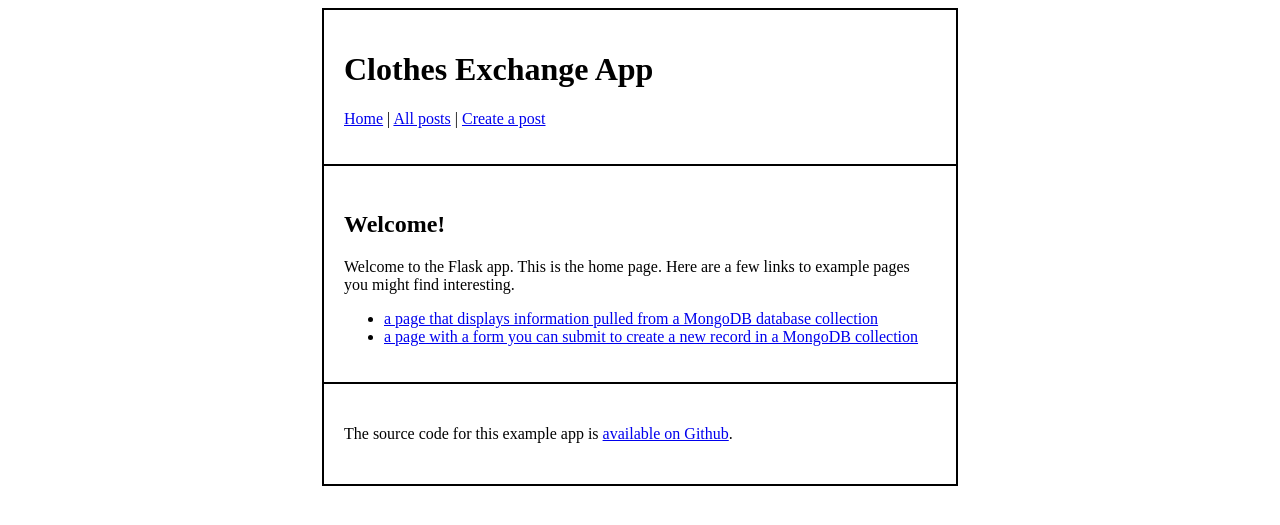
Repository: dbdesign-students-spring2024/7-web-app-dianachen1013
Page: http://localhost/
The author's editor kept a copy of each file at every save. The page is drawn from the files as they stood at one save, then again after the next save.
The browser window is 1280 px wide. The pictures show the whole page.
The page is served by the project's application, run on Flask 3 (app.py).

Above is the page before, as saved 2024-04-15 17:01:45.

### templates/index.html
{% extends 'base.html' %}

{% block container %}
<h2>Welcome!</h2>
<p>Welcome to the Flask app. This is the home page. Here are a few links to example pages you might find interesting.
    <ul>
        <li><a href="{{ url_for('read')}}">a page that displays information pulled from a MongoDB database collection</a></li>
        <li><a href="{{ url_for('create')}}">a page with a form you can submit to create a new record in a MongoDB collection</a></li>
    </ul>
</p>
{% endblock %}

### templates/base.html
<!DOCTYPE html>
<html>
  <head>
    <title>Clothes Exchange App</title>
    <link
      rel="stylesheet"
      href="{{ url_for('static', filename='css/style.css') }}"
    />
  </head>
  <body>
    <div class="container">
      <header>
        <h1>Clothes Exchange App</h1>
        <p>
          <a href="{{ url_for('home')}}">Home</a> |
          <a href="{{ url_for('read')}}">All posts</a> |
          <a href="{{ url_for('create')}}">Create a post</a>
        </p>
      </header>
      <main>{% block container %} {% endblock %}</main>
      <footer>
        <p>
          The source code for this example app is
          <a href="https://github.com/nyu-database-design/flask-mongodb-web-app"
            >available on Github</a
          >.
        </p>
      </footer>
    </div>
  </body>
</html>

### app.py
#!/usr/bin/env python3

import os
import sys
import subprocess
import datetime

from flask import Flask, render_template, request, redirect, url_for, make_response

# import logging
import sentry_sdk
from sentry_sdk.integrations.flask import (
    FlaskIntegration,
)  # delete this if not using sentry.io

# from markupsafe import escape
import pymongo
from pymongo.errors import ConnectionFailure
from bson.objectid import ObjectId
from dotenv import load_dotenv

# load credentials and configuration options from .env file
# if you do not yet have a file named .env, make one based on the template in env.example
load_dotenv(override=True)  # take environment variables from .env.

# initialize Sentry for help debugging... this requires an account on sentrio.io
# you will need to set the SENTRY_DSN environment variable to the value provided by Sentry
# delete this if not using sentry.io
sentry_sdk.init(
    dsn=os.getenv("SENTRY_DSN"),
    # enable_tracing=True,
    # Set traces_sample_rate to 1.0 to capture 100% of transactions for performance monitoring.
    traces_sample_rate=1.0,
    # Set profiles_sample_rate to 1.0 to profile 100% of sampled transactions.
    # We recommend adjusting this value in production.
    profiles_sample_rate=1.0,
    integrations=[FlaskIntegration()],
    send_default_pii=True,
)

# instantiate the app using sentry for debugging
app = Flask(__name__)

# # turn on debugging if in development mode
# app.debug = True if os.getenv("FLASK_ENV", "development") == "development" else False

# try to connect to the database, and quit if it doesn't work
try:
    cxn = pymongo.MongoClient(os.getenv("MONGO_URI"))
    db = cxn[os.getenv("MONGO_DBNAME")]  # store a reference to the selected database

    # verify the connection works by pinging the database
    cxn.admin.command("ping")  # The ping command is cheap and does not require auth.
    print(" * Connected to MongoDB!")  # if we get here, the connection worked!
except ConnectionFailure as e:
    # catch any database errors
    # the ping command failed, so the connection is not available.
    print(" * MongoDB connection error:", e)  # debug
    sentry_sdk.capture_exception(e)  # send the error to sentry.io. delete if not using
    sys.exit(1)  # this is a catastrophic error, so no reason to continue to live


# set up the routes


@app.route("/")
def home():
    """
    Route for the home page.
    Simply returns to the browser the content of the index.html file located in the templates folder.
    """
    return render_template("index.html")


@app.route("/read")
def read():
    """
    Route for GET requests to the read page.
    Displays some information for the user with links to other pages.
    """
    docs = db.exampleapp.find({}).sort(
        "created_at", -1
    )  # sort in descending order of created_at timestamp
    return render_template("read.html", docs=docs)  # render the read template


@app.route("/create")
def create():
    """
    Route for GET requests to the create page.
    Displays a form users can fill out to create a new document.
    """
    return render_template("create.html")  # render the create template


@app.route("/create", methods=["POST"])
def create_post():
    """
    Route for POST requests to the create page.
    Accepts the form submission data for a new document and saves the document to the database.
    """
    name = request.form["fname"]
    message = request.form["fmessage"]

    # create a new document with the data the user entered
    doc = {"name": name, "message": message, "created_at": datetime.datetime.utcnow()}
    db.exampleapp.insert_one(doc)  # insert a new document

    return redirect(
        url_for("read")
    )  # tell the browser to make a request for the /read route


@app.route("/edit/<mongoid>")
def edit(mongoid):
    """
    Route for GET requests to the edit page.
    Displays a form users can fill out to edit an existing record.

    Parameters:
    mongoid (str): The MongoDB ObjectId of the record to be edited.
    """
    doc = db.exampleapp.find_one({"_id": ObjectId(mongoid)})
    return render_template(
        "edit.html", mongoid=mongoid, doc=doc
    )  # render the edit template


@app.route("/edit/<mongoid>", methods=["POST"])
def edit_post(mongoid):
    """
    Route for POST requests to the edit page.
    Accepts the form submission data for the specified document and updates the document in the database.

    Parameters:
    mongoid (str): The MongoDB ObjectId of the record to be edited.
    """
    name = request.form["fname"]
    message = request.form["fmessage"]

    doc = {
        # "_id": ObjectId(mongoid),
        "name": name,
        "message": message,
        "created_at": datetime.datetime.utcnow(),
    }

    db.exampleapp.update_one(
        {"_id": ObjectId(mongoid)}, {"$set": doc}  # match criteria
    )

    return redirect(
        url_for("read")
    )  # tell the browser to make a request for the /read route


@app.route("/delete/<mongoid>")
def delete(mongoid):
    """
    Route for GET requests to the delete page.
    Deletes the specified record from the database, and then redirects the browser to the read page.

    Parameters:
    mongoid (str): The MongoDB ObjectId of the record to be deleted.
    """
    db.exampleapp.delete_one({"_id": ObjectId(mongoid)})
    return redirect(
        url_for("read")
    )  # tell the web browser to make a request for the /read route.


@app.route("/webhook", methods=["POST"])
def webhook():
    """
    GitHub can be configured such that each time a push is made to a repository, GitHub will make a request to a particular web URL... this is called a webhook.
    This function is set up such that if the /webhook route is requested, Python will execute a git pull command from the command line to update this app's codebase.
    You will need to configure your own repository to have a webhook that requests this route in GitHub's settings.
    Note that this webhook does do any verification that the request is coming from GitHub... this should be added in a production environment.
    """
    # run a git pull command
    process = subprocess.Popen(["git", "pull"], stdout=subprocess.PIPE)
    pull_output = process.communicate()[0]
    # pull_output = str(pull_output).strip() # remove whitespace
    process = subprocess.Popen(["chmod", "a+x", "flask.cgi"], stdout=subprocess.PIPE)
    chmod_output = process.communicate()[0]
    # send a success response
    response = make_response(f"output: {pull_output}", 200)
    response.mimetype = "text/plain"
    return response


@app.errorhandler(Exception)
def handle_error(e):
    """
    Output any errors - good for debugging.
    """
    return render_template("error.html", error=e)  # render the edit template


# run the app
if __name__ == "__main__":
    # logging.basicConfig(filename="./flask_error.log", level=logging.DEBUG)
    app.run(load_dotenv=True)

### static/css/style.css
.container {
  border: 2px solid;
  width: 50%;
  margin: 0 auto;
}

header,
footer,
main {
  padding: 20px;
}

header,
main {
  border-bottom: 2px solid;
  margin-bottom: 5px;
}

p.post {
  font-size: 12px;
}

footer {
  margin-bottom: 5px;
}

After the next save:
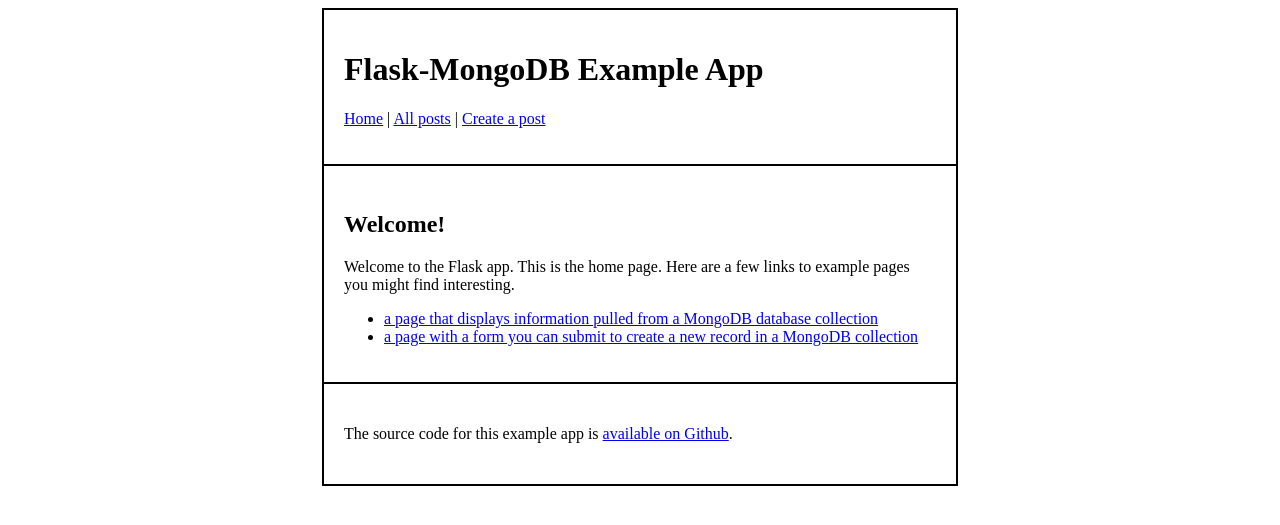
Saved 17 min 53 s later.
--- a/templates/base.html
+++ b/templates/base.html
@@ -1,7 +1,7 @@
 <!DOCTYPE html>
 <html>
   <head>
-    <title>Clothes Exchange App</title>
+    <title>Flask-MongoDB Example App</title>
     <link
       rel="stylesheet"
       href="{{ url_for('static', filename='css/style.css') }}"
@@ -10,7 +10,7 @@
   <body>
     <div class="container">
       <header>
-        <h1>Clothes Exchange App</h1>
+        <h1>Flask-MongoDB Example App</h1>
         <p>
           <a href="{{ url_for('home')}}">Home</a> |
           <a href="{{ url_for('read')}}">All posts</a> |

After the 2 saves that followed:
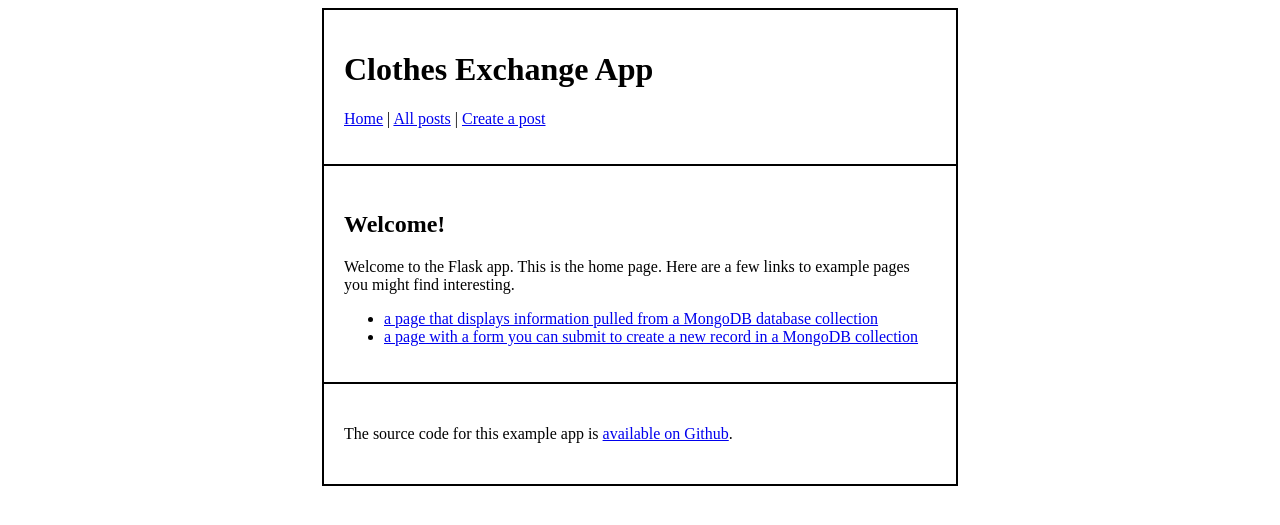
The 2 saves are shown as one change because 1 left the picture as it was.
The last was saved 7 min 17 s later.
--- a/templates/base.html
+++ b/templates/base.html
@@ -1,7 +1,7 @@
 <!DOCTYPE html>
 <html>
   <head>
-    <title>Flask-MongoDB Example App</title>
+    <title>Clothes Exchange App</title>
     <link
       rel="stylesheet"
       href="{{ url_for('static', filename='css/style.css') }}"
@@ -10,7 +10,7 @@
   <body>
     <div class="container">
       <header>
-        <h1>Flask-MongoDB Example App</h1>
+        <h1>Clothes Exchange App</h1>
         <p>
           <a href="{{ url_for('home')}}">Home</a> |
           <a href="{{ url_for('read')}}">All posts</a> |
--- a/app.py
+++ b/app.py
@@ -33,7 +33,6 @@
     traces_sample_rate=1.0,
     # Set profiles_sample_rate to 1.0 to profile 100% of sampled transactions.
     # We recommend adjusting this value in production.
-    profiles_sample_rate=1.0,
     integrations=[FlaskIntegration()],
     send_default_pii=True,
 )
